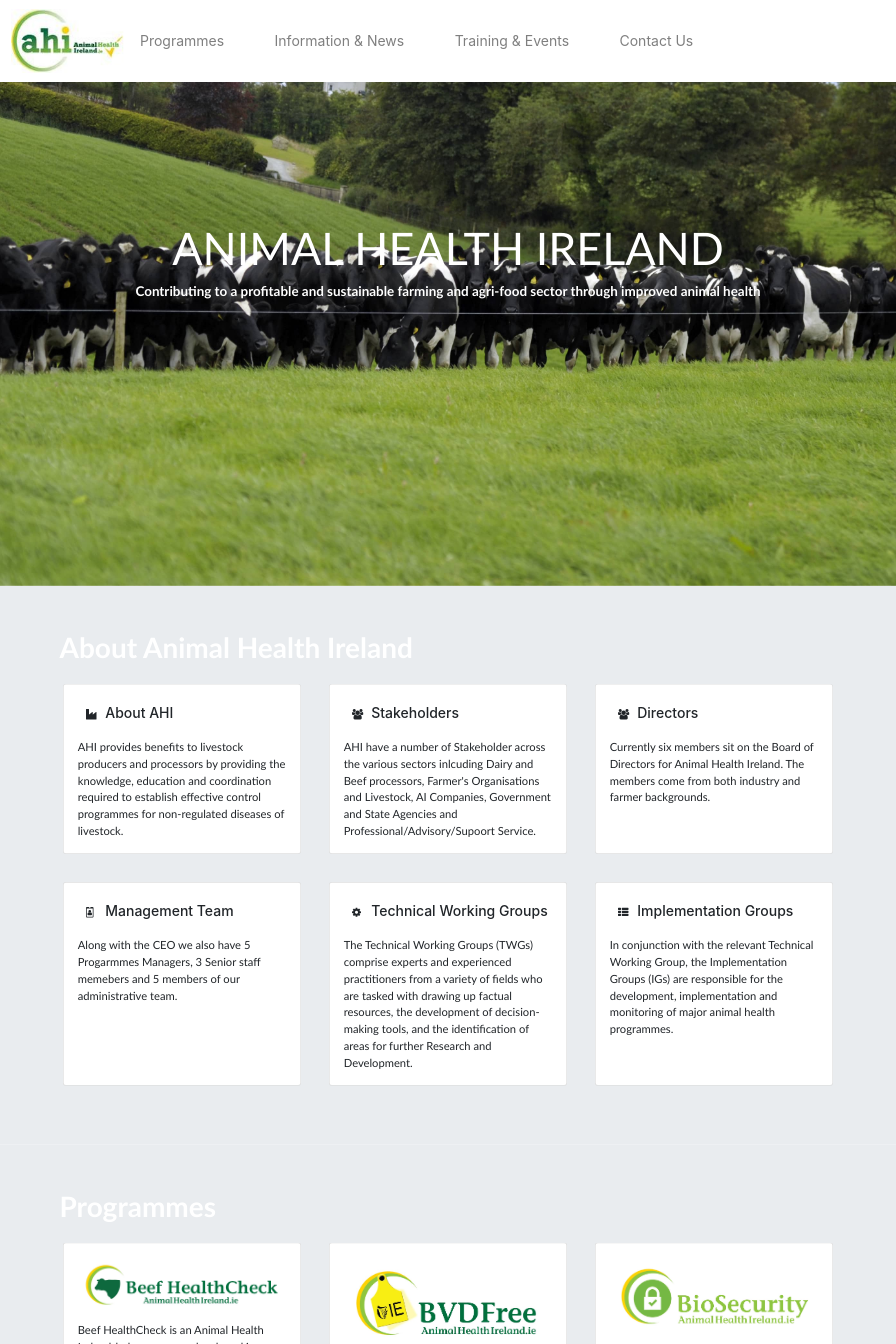
Repository: lisaannbyrne1/MilestoneProject1
Page: index.html
The author's editor kept a record of every edit. The page is drawn from the files as they stood at one moment, then again after the next edit.
The browser window is 1280 px wide. The pictures show the part of the page from y = 0 to 1920 px (the page is 4052 px tall), at 70% of full size.
Backgrounds fixed to the window are drawn as part of the page.

Above is the page before.

After the next edit:
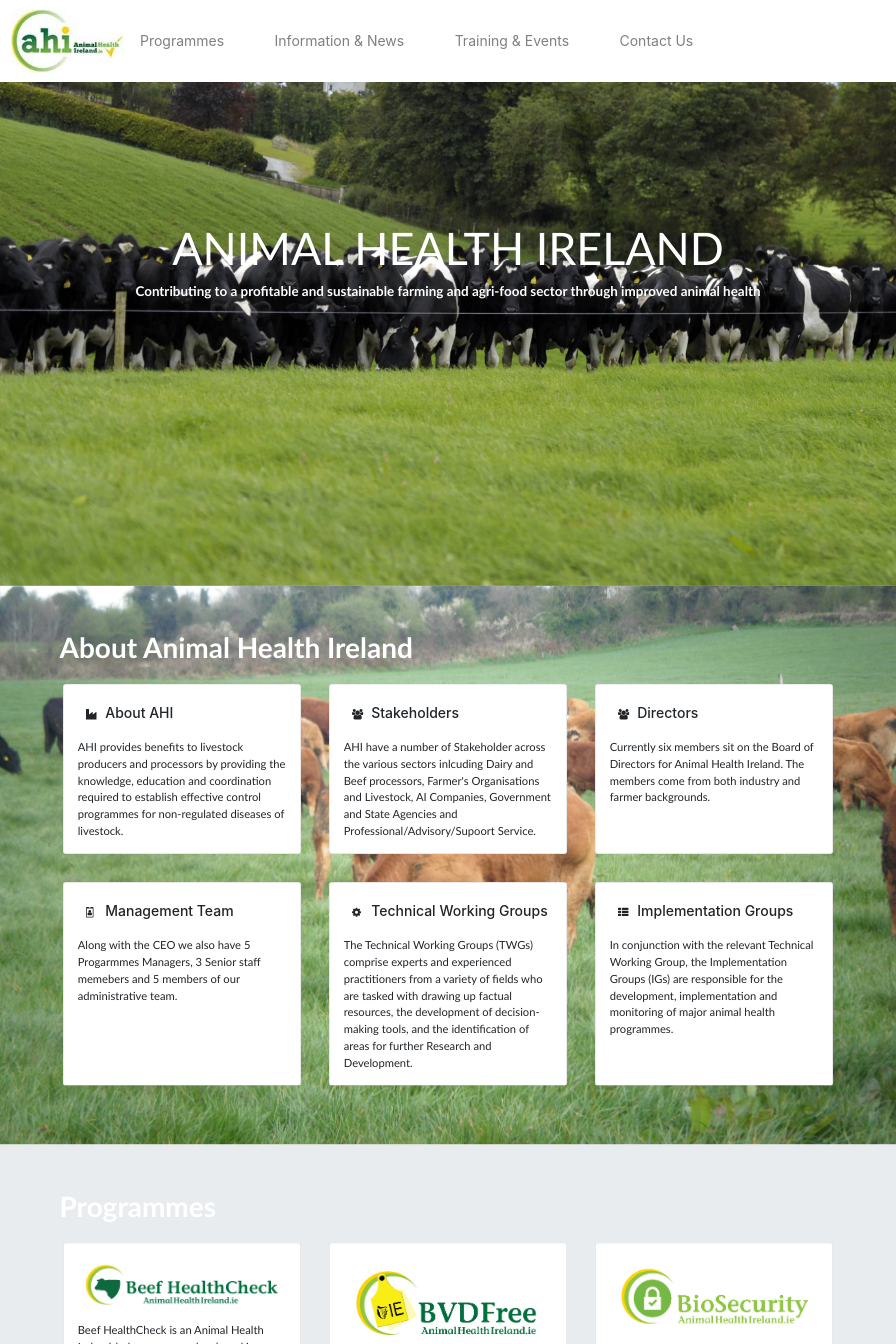
The edit:
--- a/assets/css/style.css
+++ b/assets/css/style.css
@@ -85,7 +85,7 @@
 
 #about {
     background-attachment: fixed;
-    /*  background-image: url("../../assets/images/about-min.JPG"); */
+    background-image: url("../../assets/images/about-min.JPG");
     background-position: bottom;
     background-size: cover;
     margin-bottom: 0px;
